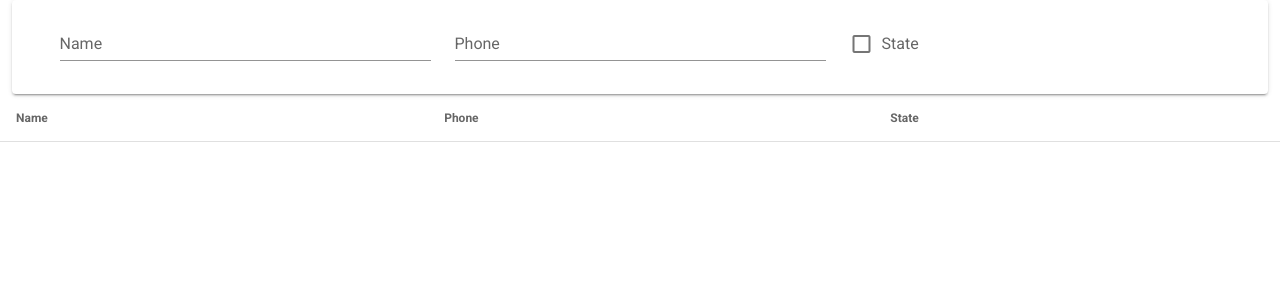
Repository: luchoCap/ContactVue-CRUD-StoryBook
Page: /
An editor plug-in stored every save of this project. The page is shown before and after the next save, followed by the edit.
The browser window is 1280 px wide. The pictures show the whole page.
The page's requests for data from a server got no answer. The project was rebuilt for these pictures with package versions that can differ from the ones it lists, and the page was loaded fresh each time. No one was signed in, and anything a server would have sent is missing. Also part of the build but not shown: vue.config.js.

Above is the page before, as saved 2020-11-23 21:56:43.

After the next save:
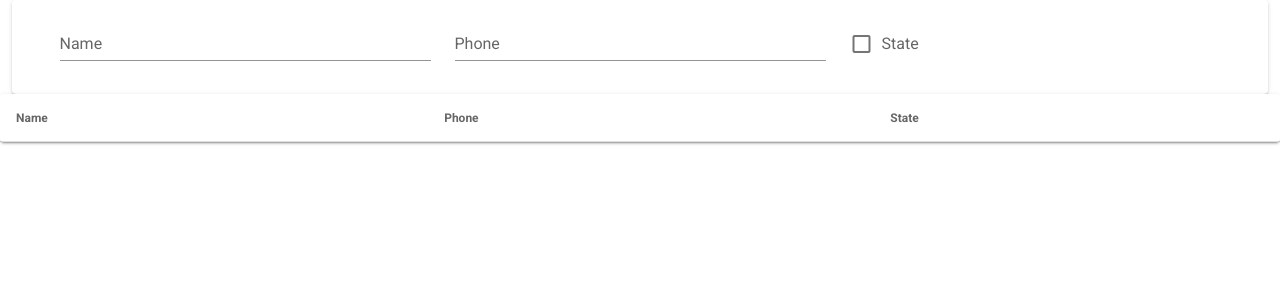
Saved 28 s later.
--- a/src/App.vue
+++ b/src/App.vue
@@ -4,7 +4,10 @@
       <v-card class="mx-3">
         <ContactForm />
       </v-card>
-      <ContactList/>
+      <v-card>
+        <ContactList/>
+      </v-card>
+
     </v-main>
   </v-app>
 </template>
